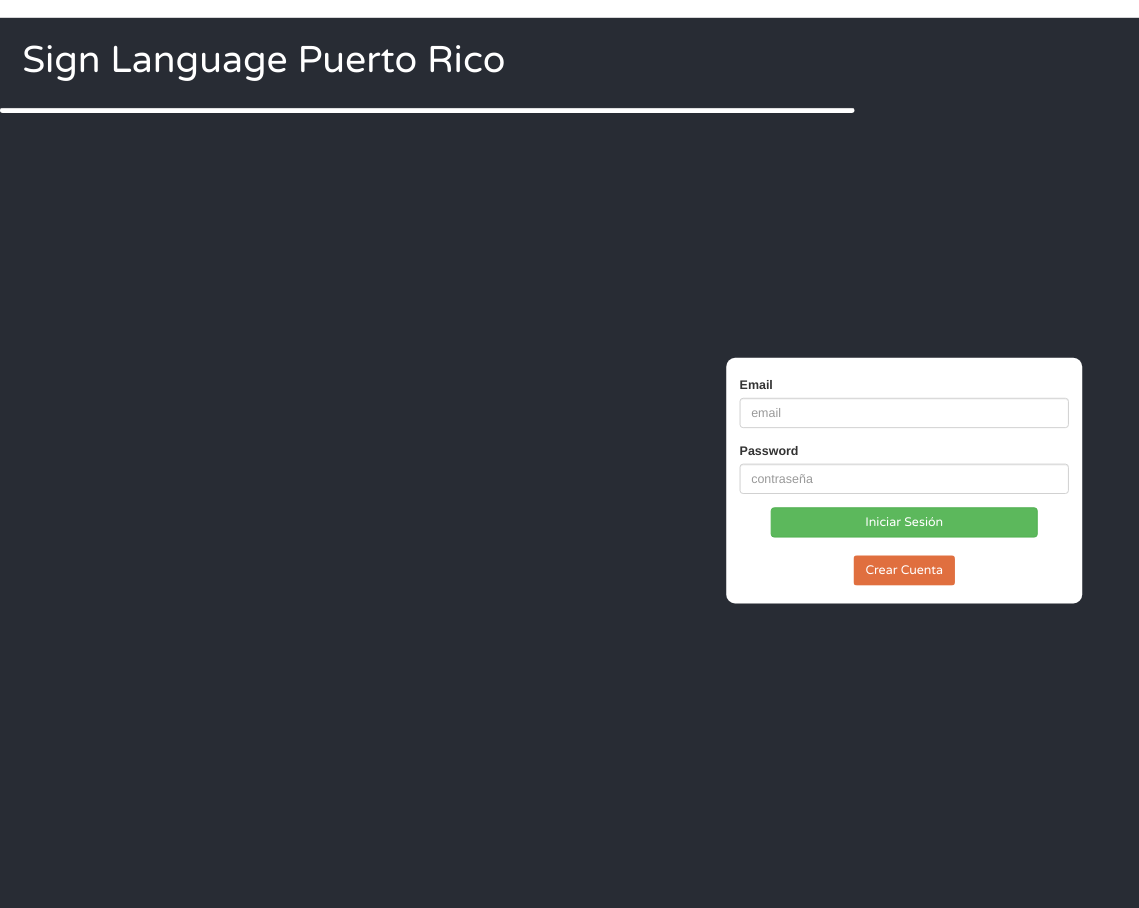
Repository: Dav1497/sign-language-pr
Page: /
The author's editor kept a copy of each file at every save. The page is drawn from the files as they stood at one save, then again after the next save.
The browser window is 1280 px wide. The pictures show the whole page, at 89% of full size.
The project was rebuilt for these pictures with package versions that can differ from the ones it lists, and the page was loaded fresh each time.

Above is the page before, as saved 2021-03-05 16:14:48.

After the next save:
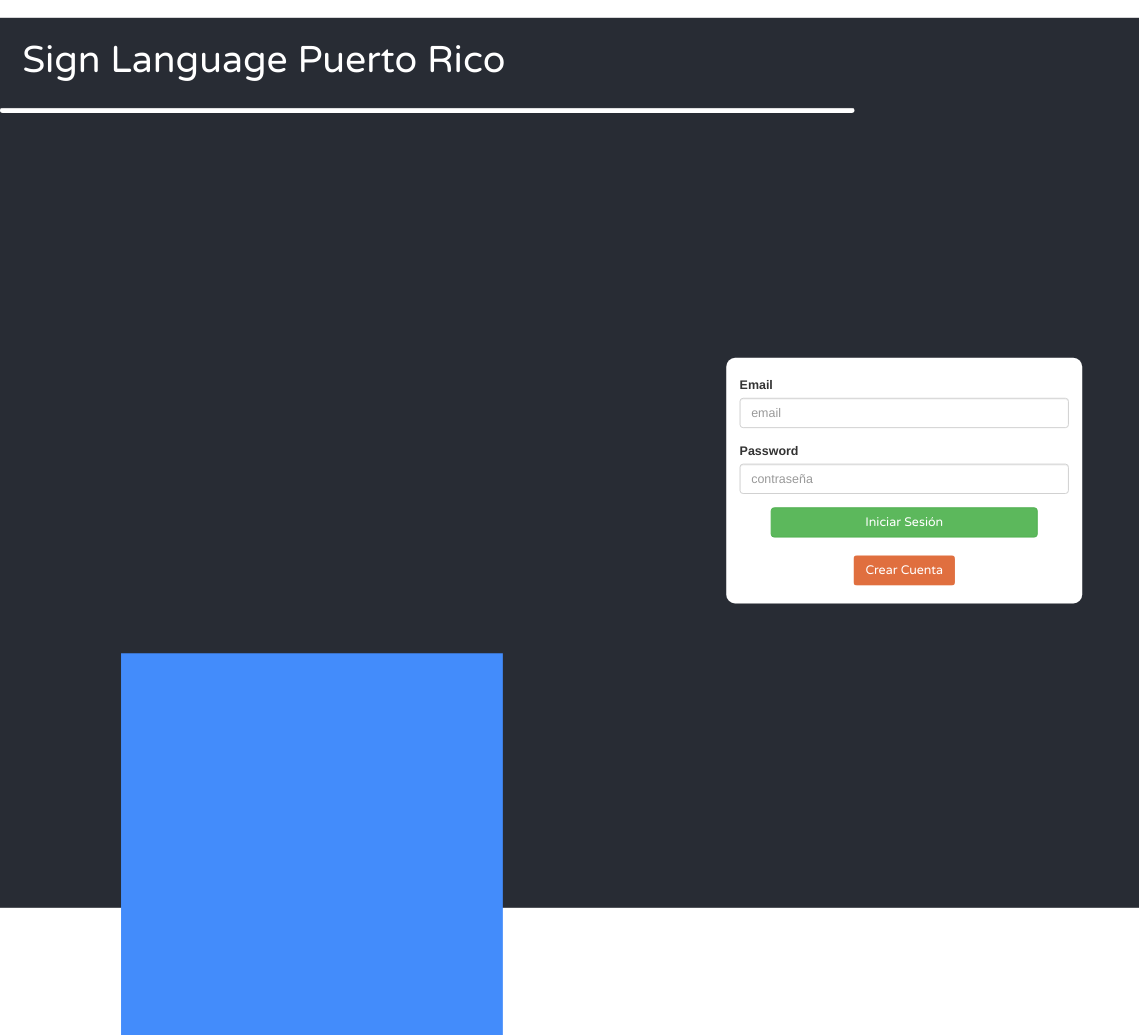
Saved 28 s later.
--- a/src/Login.js
+++ b/src/Login.js
@@ -17,6 +17,10 @@
 <br></br>
 
 <div className="contenedor">
+
+  <div className="ellipse1">
+
+  </div>
 
 
 <Container className="caja" >
